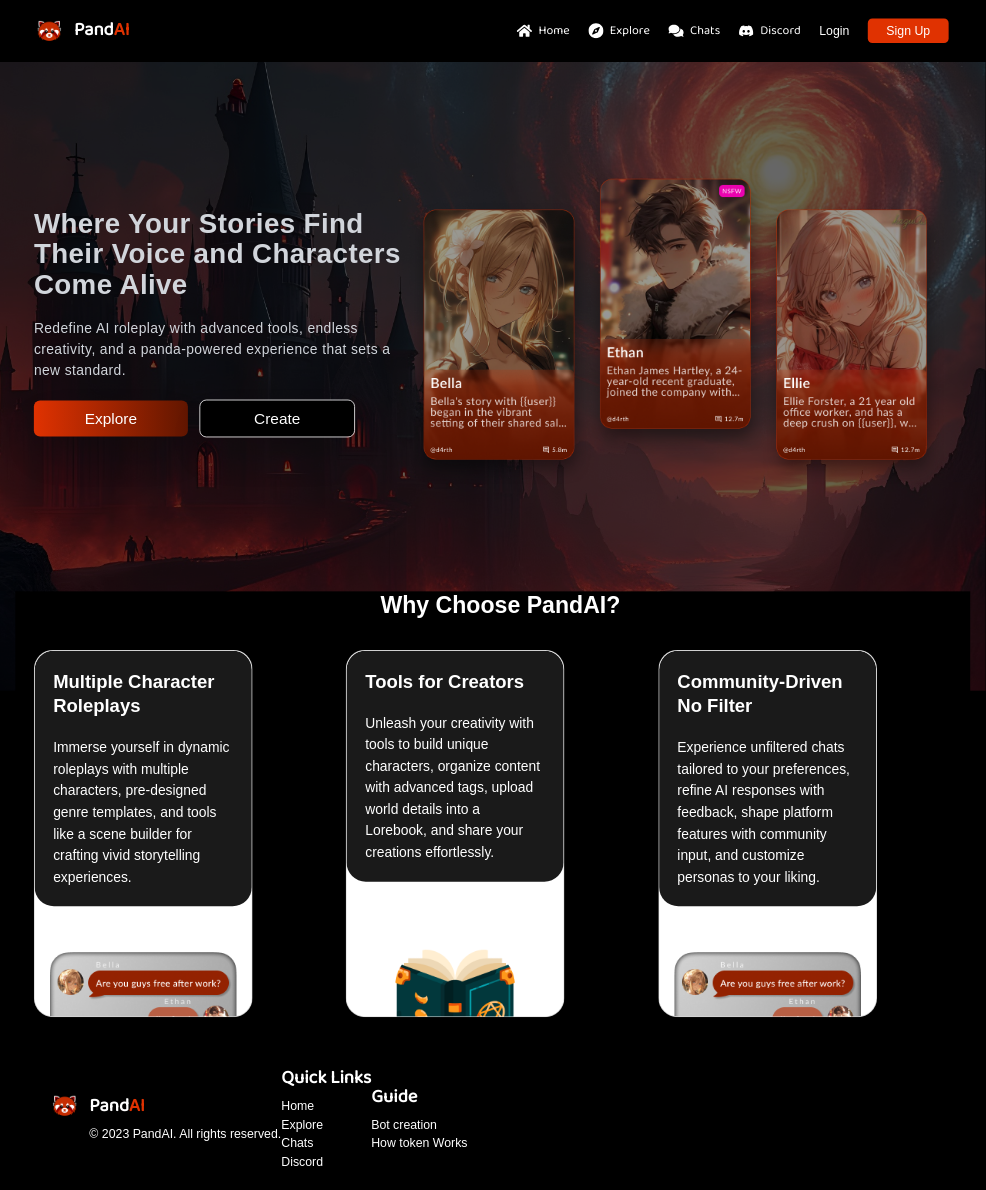
Repository: PandamoniumAI/Pandamonium
Page: /preview
An editor plug-in stored every save of this project. The page is shown before and after a run of saves, followed by the edit.
The browser window is 1280 px wide. The pictures show the whole page, at 77% of full size.
Some web libraries are served in a nearby version. The project was rebuilt for these pictures with package versions that can differ from the ones it lists, and the page was loaded fresh each time. Also part of the build but not shown: vite.config.js, src/Utils/Utils.js, src/Components/SearchBar/SearchBar.jsx, src/Components/CSS/CharacterCard.css, src/Components/CharacterCard/CharacterCard.jsx, src/Components/CSS/CharacterCardModal.css, src/Components/CharacterCardModal/CharacterCardModal.jsx, src/Components/CSS/Tags.css and 15 more.

Above is the page before, as saved 2025-01-01 21:27:15.

### index.html
<!doctype html>
<html lang="en">
  <head>
    <meta charset="UTF-8" />
    <link rel="icon" type="image/svg+xml" href="/src/assets/animal.png"/>
    <meta name="viewport" content="width=device-width, initial-scale=1.0" />
    <title>Pandamonium</title>
    <link
      href="https://cdn.jsdelivr.net/npm/bootstrap@5.3.0-alpha1/dist/css/bootstrap.min.css"
      rel="stylesheet"
    />
    <link
      href="https://cdn.jsdelivr.net/npm/bootstrap-icons/font/bootstrap-icons.css"
      rel="stylesheet"
    />
    <link
      href="https://cdnjs.cloudflare.com/ajax/libs/animate.css/4.1.1/animate.min.css"
      rel="stylesheet"
    />
  </head>

  <body>
    <div id="root"></div>
    <script src="https://kit.fontawesome.com/68b5244ee4.js" crossorigin="anonymous"></script>
    <script src="https://cdn.jsdelivr.net/npm/react/umd/react.production.min.js"></script>
    <script src="https://cdn.jsdelivr.net/npm/react-dom/umd/react-dom.production.min.js"></script>
    <script type="module" src="/src/main.jsx"></script>
    <script src="https://cdn.jsdelivr.net/npm/bootstrap@5.3.0-alpha1/dist/js/bootstrap.bundle.min.js"></script>
  </body>
</html>

### src/App.jsx
import HomePage from "./Components/HomePage/HomePage.jsx";
import Chat from "./Components/Chat/Chat.jsx";
import Create from "./Components/Create/Create.jsx";
import Error from "./Components/Error/Error.jsx";
import { BrowserRouter as Router, Routes, Route } from "react-router-dom";
import Preview from "../src/Preview/Preview.jsx";
function App() {
  return (
    <Router>
      <Routes>
        <Route path="/" element={<HomePage />} />
        <Route path="/chat/:characterId" element={<Chat />} />
        <Route path="/create" element={<Create />} />
        <Route path="*" element={<Error />} />
        <Route path="/preview" element={<Preview />} />
      </Routes>
    </Router>
  );
}

export default App;

### src/Preview/Preview.jsx
import React from "react";
import Animal from "../assets/animal.png";
import "./Preview.css";
import "tailwindcss/tailwind.css";
import {FaHome, FaCompass, FaComments, FaDiscord} from "react-icons/fa";
import image from "../assets/image.png";
import Chatcard from "../assets/Chat Card.png";
import Book from "../assets/Magical Book World Illustration 1.png";
import Roleplay from "../assets/Chat Card (1).png";

export default function Preview() {
  const handleCardHover = (event, element) => {
    const rect = element.getBoundingClientRect();
    const x = (event.clientX - rect.left) / rect.width - 0.5; // Normalize between -0.5 to 0.5
    const y = (event.clientY - rect.top) / rect.height - 0.5;

    element.style.transform = `rotateX(${y * 10}deg) rotateY(${x * 10}deg) scale(1.05)`;
  };

  return (
    <div className="main">
      <div className="fixed top-0 left-0 w-full bg-black bg-opacity-40 p-4 z-50">
        <div className="flex justify-between items-center w-full max-w-screen-xl mx-auto px-4">
          <div
            className="flex items-center space-x-4 cursor-pointer"
            onClick={() => window.scrollTo({top: 0, behavior: "smooth"})}
          >
            <img className="w-8 h-8" src={Animal} alt="Logo" />
            <h1 className="text-2xl font-bold font-baloo text-white">
              Pand<span className="text-[#E03201]">AI</span>
            </h1>
          </div>

          <div className="flex items-center space-x-6">
            <button className="flex items-center text-white font-baloo hover:text-[#E03201] transition">
              <FaHome className="mr-2 text-xl" />
              Home
            </button>
            <button className="flex items-center text-white font-baloo hover:text-[#E03201] transition">
              <FaCompass className="mr-2 text-xl" />
              Explore
            </button>
            <button className="flex items-center text-white font-baloo hover:text-[#E03201] transition">
              <FaComments className="mr-2 text-xl" />
              Chats
            </button>
            <button className="flex items-center text-white font-baloo hover:text-[#E03201] transition">
              <FaDiscord className="mr-2 text-xl" />
              Discord
            </button>
            <button className="text-white hover:text-[#E03201] transition">
              Login
            </button>
            <button className="bg-[#E03201] text-white px-4 py-1 rounded-md hover:bg-[#b02501] transition">
              Sign Up
            </button>
          </div>
        </div>
      </div>

      <div className="preview-container relative p-6">
        <div className="Preview-text mt-[50px] absolute top-[200px]">
          <p className="text-4xl text-gray-300 font-bold mb-6 tracking-[0.5px] w-[500px]">
            Where Your Stories Find Their Voice and Characters Come Alive
          </p>
          <p className="text-[18px] text-gray-300 leading-[27px] tracking-[0.5px] w-[500px] mb-8">
            Redefine AI roleplay with advanced tools, endless creativity, and a
            panda-powered experience that sets a new standard.
          </p>
        </div>

        <div className="Buttons absolute top-[500px] flex space-x-4 mb-8">
          <button className="text-white text-xl h-[47px] w-[200px] rounded-lg shadow-2xl bg-gradient-to-r from-[#E03201] to-[#611600] transform hover:scale-105 transition-all duration-300 ease-in-out hover:shadow-orange-500/50 hover:shadow-lg">
            <span className="relative z-10">Explore</span>
          </button>
          <button
            className="create bg-black text-white text-xl h-[47px] w-[200px] rounded-lg shadow-2xl outline outline-1 hover:outline-none transition-all duration-300 ease-in-out transform hover:scale-105 hover:shadow-[#B22801]/50 hover:shadow-lg relative overflow-hidden group"
            style={{
              outlineImage:
                "linear-gradient(to right, #FFCBBB, #D07A5A, #A8382D, #611600)",
              outlineImageSlice: 1,
            }}
          >
            <span className="relative z-10">Create</span>
            <span className="absolute inset-0 bg-yellow-500 transform scale-x-0 group-hover:scale-x-100 transition-transform duration-300 origin-left"></span>
          </button>
        </div>

        <div className="absolute right-[30px] top-[200px]">
          <img src={image} alt="" />
        </div>
      </div>

      <div className="info px-6 relative bg-black" style={{ top: "700px" }}>
        <div className="infotext mb-8 text-white">
          <h1 className="text-3xl font-bold text-white ml-[450px]">
            Why Choose PandAI?
          </h1>

          <div className="cards grid grid-cols-1 md:grid-cols-3 gap-6 mt-10">
            {[
              "Multiple Character Roleplays",
              "Tools for Creators",
              "Community-Driven No Filter",
            ].map((title, index) => (
              <div
                key={index}
                className="card relative flex flex-col justify-between w-[284px] h-[477px] rounded-[25px] overflow-hidden"
                onMouseMove={(e) => handleCardHover(e, e.currentTarget)}
              >
                <div
                  className="absolute inset-0 -z-10 rounded-[25px]"
                  style={{
                    background:
                      "linear-gradient(135deg, #BF18C2, #6B1C8F, #1D0375)",
                    position: "absolute",
                    top: 0,
                    left: 0,
                    right: 0,
                    bottom: 0,
                    borderRadius: "25px",
                    padding: "2px",
                  }}
                />
                <div className="content p-6 bg-[#1A1A1A] flex flex-col justify-between h-full rounded-[25px]">
                  <h2 className="text-2xl font-semibold mb-4 text-white">
                    {title}
                  </h2>
                  <p className="text-lg text-white">
                    {index === 0
                      ? "Immerse yourself in dynamic roleplays with multiple characters, pre-designed genre templates, and tools like a scene builder for crafting vivid storytelling experiences."
                      : index === 1
                        ? "Unleash your creativity with tools to build unique characters, organize content with advanced tags, upload world details into a Lorebook, and share your creations effortlessly."
                        : "Experience unfiltered chats tailored to your preferences, refine AI responses with feedback, shape platform features with community input, and customize personas to your liking."}
                  </p>
                </div>
                <div className="image-container mt-4">
                  {index === 0 ? (
                    <img
                      src={Chatcard}
                      alt="Roleplay"
                      className="w-full rounded-[25px]"
                    />
                  ) : index === 1 ? (
                    <img
                      src={Book}
                      alt="Creator Tools"
                      className="w-full rounded-[25px]"
                    />
                  ) : (
                    <img
                      src={Roleplay}
                      alt="Community"
                      className="w-full rounded-[25px]"
                    />
                  )}
                </div>
              </div>
            ))}
          </div>

          <div className="Footer bg-black py-6 flex items-center pl-6 mt-10">
            <img className="w-8 h-8 mr-4 mb-[35px]"  src={Animal} alt="Logo" />
            <div className="flex flex-col">
              <h1 className="text-2xl font-bold font-baloo text-white">
                Pand<span className="text-[#E03201]">AI</span>
              </h1>
              <p className="text-white mt-2">
                © 2023 PandAI. All rights reserved.
              </p>

            </div>
            <div className="Quicklinks">
              <h1 className="text-2xl font-bold font-baloo text-white">
                Quick Links
              </h1>
              <ul className="list-none pl-0 mt-2">
                <li className="text-white hover:text-[#E03201] transition">
                  <a href="#">Home</a>
                </li>
                <li className="text-white hover:text-[#E03201] transition">
                  <a href="#">Explore</a>
                </li>
                <li className="text-white hover:text-[#E03201] transition">
                  <a href="#">Chats</a>
                </li>
                <li className="text-white hover:text-[#E03201] transition">
                  <a href="#">Discord</a>
                </li>
              </ul>
            </div>

            <div className="guide">
              <h1 className="text-2xl font-bold font-baloo text-white">
                Guide
              </h1>
              <ul className="list-none pl-0 mt-2">
                <li className="text-white hover:text-[#E03201] transition">
                  <a href="#">Bot creation</a>
                </li>
                <li className="text-white hover:text-[#E03201] transition">
                  <a href="#">How token Works</a>
                </li>
              </ul>
            </div>
          </div>
        </div>
      </div>
    </div>
  );
}

### src/Components/Chat/ExtraCss.css
/* ExtraCss.css */

/* General Styles */
body {
    margin: 0;
    padding: 0;
    font-family: Arial, sans-serif;
    background-color: #121212;
    color: #ffffff;
  }

  /* Chat Container */
  .d-flex {
    display: flex;
  }

  .flex-column {
    flex-direction: column;
  }

  .h-100 {
    height: 100%;
  }

  .bg-dark {
    background-color: #181818;
  }

  .text-white {
    color: #ffffff;
  }

  .border-secondary {
    border-color: #444;
  }

  .border-top {
    border-top: 1px solid;
  }

  .border-bottom {
    border-bottom: 1px solid;
  }

  .overflow-hidden {
    overflow: hidden;
  }

  .overflow-auto {
    overflow: auto;
  }

  /* Chat Header */
  .p-3 {
    padding: 1rem;
  }

  .align-items-center {
    align-items: center;
  }

  .space-x-4 > * + * {
    margin-left: 1rem;
  }

  /* Avatar */
  img.rounded-circle {
    border-radius: 50%;
    cursor: pointer;
  }

  /* Message Bubbles */
  .bg-secondary {
    background-color: #2a2a2a;
  }

  .p-3 {
    padding: 1rem;
  }

  .rounded-lg {
    border-radius: 1rem;
  }

  .shadow-lg {
    box-shadow: 0px 4px 10px rgba(0, 0, 0, 0.2);
  }

  .text-muted {
    color: #aaaaaa;
  }

  /* Input Field */
  input {
    outline: none;
  }

  input::placeholder {
    color: #aaaaaa;
  }

  .border-0 {
    border: none;
  }

  .flex-grow-1 {
    flex-grow: 1;
  }

  .shadow-lg {
    box-shadow: 0px 4px 10px rgba(0, 0, 0, 0.2);
  }

  /* Buttons */
  button {
    cursor: pointer;
  }

  button:disabled {
    opacity: 0.6;
    cursor: not-allowed;
  }

  .btn {
    display: inline-flex;
    justify-content: center;
    align-items: center;
    padding: 0.5rem;
    border: none;
    border-radius: 0.5rem;
    transition: background-color 0.3s ease, transform 0.2s ease;
  }

  .btn:hover:not(:disabled) {
    background-color: #555;
    transform: translateY(-2px);
  }

  .btn-light {
    background-color: #444;
    color: #fff;
  }

  .btn-primary {
    background-color: #007bff;
    color: #fff;
  }

  .btn-primary:hover:not(:disabled) {
    background-color: #0056b3;
  }

  /* Typing Animation */
  .animate-pulse {
    animation: pulse 1.5s infinite;
  }

  @keyframes pulse {
    0%, 100% {
      opacity: 1;
    }
    50% {
      opacity: 0.5;
    }
  }

  /* Smooth Fade-In */
  @keyframes fadeIn {
    from {
      opacity: 0;
      transform: translateY(10px);
    }
    to {
      opacity: 1;
      transform: translateY(0);
    }
  }

  /* Scrollbar Styles */
  .overflow-auto::-webkit-scrollbar {
    width: 6px;
  }

  .overflow-auto::-webkit-scrollbar-thumb {
    background-color: #444;
    border-radius: 10px;
  }

  .overflow-auto::-webkit-scrollbar-track {
    background-color: transparent;
  }

  .ReactModal__Overlay {
    opacity: 0;
    transition: opacity 0.3s ease-in-out;
  }
  .ReactModal__Overlay--after-open {
    opacity: 1;
  }
  .ReactModal__Overlay--before-close {
    opacity: 0;
  }

### src/Components/CSS/Create.css
body {
    background-color: #121212;
    color: #fff;
    min-height: 100vh;
    padding: 20px;
    font-family: 'Arial', sans-serif;
}
.creation-form {
    max-width: 800px;
    margin: 0 auto;
    background-color: rgba(0, 0, 0, 0.8);
    padding: 30px;
    border-radius: 15px;
    border: 1px solid #444;
    transition: all 0.3s ease;
}
.creation-form:hover {
    transform: scale(1.03);
    box-shadow: 0 10px 30px rgba(0, 0, 0, 0.5);
}
.form-control {
    background-color: #333;
    border: 1px solid #555;
    color: #fff;
    margin-bottom: 20px;
    transition: all 0.3s ease;
}
.form-control:focus {
    background-color: #444;
    border-color: #007bff;
    color: #fff;
}
.form-label {
    font-weight: bold;
}
.btn {
    background-color: #007bff;
    color: #fff;
    transition: all 0.3s ease;
}
.btn:hover {
    background-color: #0056b3;
}
.select2-container {
    width: 100%;
}
.custom-tag-field {
    margin-top: 20px;
}
.custom-tag-field input {
    width: calc(100% - 60px);
    display: inline-block;
    margin-right: 10px;
}
.custom-tag-field button {
    display: inline-block;
    background-color: #28a745;
    color: white;
    padding: 6px 12px;
    border: none;
    cursor: pointer;
}
.custom-tag-field button:hover {
    background-color: #218838;
}

@keyframes float {
    0% { transform: translateY(0px); }
    50% { transform: translateY(-10px); }
    100% { transform: translateY(0px); }
}

.tags-modal {
    display: none;
    position: fixed;
    top: 0;
    left: 0;
    width: 100%;
    height: 100%;
    background: rgba(0,0,0,0.7);
    z-index: 1000;
    animation: fadeIn 0.3s;
}

.tags-modal-content {
    position: absolute;
    top: 50%;
    left: 50%;
    transform: translate(-50%, -50%);
    background: #121212;
    color: white;
    padding: 2rem;
    border-radius: 15px;
    width: 90%;
    max-width: 500px;
    animation: slideIn 0.3s;
    box-shadow: 0 5px 15px rgba(0,0,0,0.3);
}

.tags-modal-header {
    display: flex;
    justify-content: space-between;
    align-items: center;
    margin-bottom: 1.5rem;
    border-bottom: 1px solid #333;
    padding-bottom: 1rem;
}

.btn-close {
    background-color: white;
}

.tag-pills {
    display: flex;
    flex-wrap: wrap;
    gap: 0.5rem;
}

.tag-pill {
    padding: 0.5rem 1rem;
    background: #2d2d2d;
    color: white;
    border-radius: 20px;
    cursor: pointer;
    transition: all 0.2s;
    border: 1px solid #444;
}

.tag-pill:hover {
    background: #3d3d3d;
    transform: translateY(-1px);
}

.tag-pill.selected {
    background: #007bff;
    color: white;
    border-color: #0056b3;
}

.selected-tags {
    background: #1a1a1a;
    padding: 1rem;
    border-radius: 10px;
}

.form-control {
    background: #2d2d2d;
    border: 1px solid #444;
    color: white;
}

.form-control:focus {
    background: #2d2d2d;
    color: white;
    border-color: #007bff;
    box-shadow: 0 0 0 0.2rem rgba(0,123,255,0.25);
}

.form-control::placeholder {
    color: #888;
}

@keyframes fadeIn {
    from { opacity: 0; }
    to { opacity: 1; }
}

@keyframes slideIn {
    from { transform: translate(-50%, -60%); opacity: 0; }
    to { transform: translate(-50%, -50%); opacity: 1; }
}

### src/Preview/Preview.css
@tailwind base;
@tailwind components;
@tailwind utilities;

@font-face {
    font-family: 'BalooDa2';
    src: url('../assets/Fonts/BalooDa2-Regular.ttf') format('truetype');
    font-weight: 400;
    font-style: normal;
}

body {
    position: relative;
    background-color: #000;
    min-height: 100vh;
    margin: 0;
    display: flex;
    flex-direction: column;
}

body::before {
    content: '';
    position: absolute;
    top: 0;
    left: 0;
    right: 0;
    bottom: 0;
    background-image: url('../../src/assets/Castle.jpg');
    background-size: cover;
    background-position: center;
    opacity: 0.4;
    z-index: -1;
}

### src/Components/Chat/Sidebar/styles.css
.floating-btn {
  position: absolute;
  top: 50%;
  left: 20px;
  cursor: pointer;
  z-index: 999;
  width: 64px;
  height: 64px;
  background-color: transparent;
  border: none;
  border-radius: 50%;
  transition: left 0.6s ease, transform 0.3s ease;
  box-shadow: none; /* Removed shadow */
}

.floating-btn.open {
  left: calc(240px + 20px);
}

.floating-btn.closed {
  left: 20px;
}

.sidebar {
  position: fixed;
  top: 0;
  left: 0;
  height: 100vh;
  background-color: #333;
  transition: width 0.5s ease-in-out;
  overflow: hidden;
  border-radius: 0 20px 20px 0;
}

.sidebar.open {
  width: 240px;
}

.sidebar.closed {
  width: 0;
}

.panda-image {
  transition: transform 0.5s ease, transform-origin 0.5s ease;
}

.panda-image:hover {
  transform: rotate(360deg); /* Full 360° rotation on hover */
  transform-origin: center;
}

.floating-btn:hover img {
  transform: rotate(360deg); /* Rotate the image smoothly when hovering over it */
  transition: transform 0.6s ease-in-out;
}

/* Reverse rotation when mouse leaves */
.floating-btn img {
  transition: transform 0.6s ease-out;
}

.floating-btn img:hover {
  animation: pandaRotate 0.6s forwards;
}

@keyframes pandaRotate {
  0% {
      transform: rotate(0deg);
  }
  100% {
      transform: rotate(360deg);
  }
}

.floating-btn img:not(:hover) {
  animation: reversePandaRotate 0.6s forwards;
}

@keyframes reversePandaRotate {
  0% {
      transform: rotate(360deg);
  }
  100% {
      transform: rotate(0deg);
  }
}

#pandaBtn {
  transition: transform 0.6s ease-in-out;
}

@media (max-width: 768px) {
  .sidebar {
      display: none;
  }

  .floating-btn {
      left: 20px;
  }
}

Loaded but not shown: src/main.jsx (common file); tailwind.config.js (14 lines, source omitted); src/Components/CSS/HomePage.css (319 lines, source omitted)

After the next 2 saves:
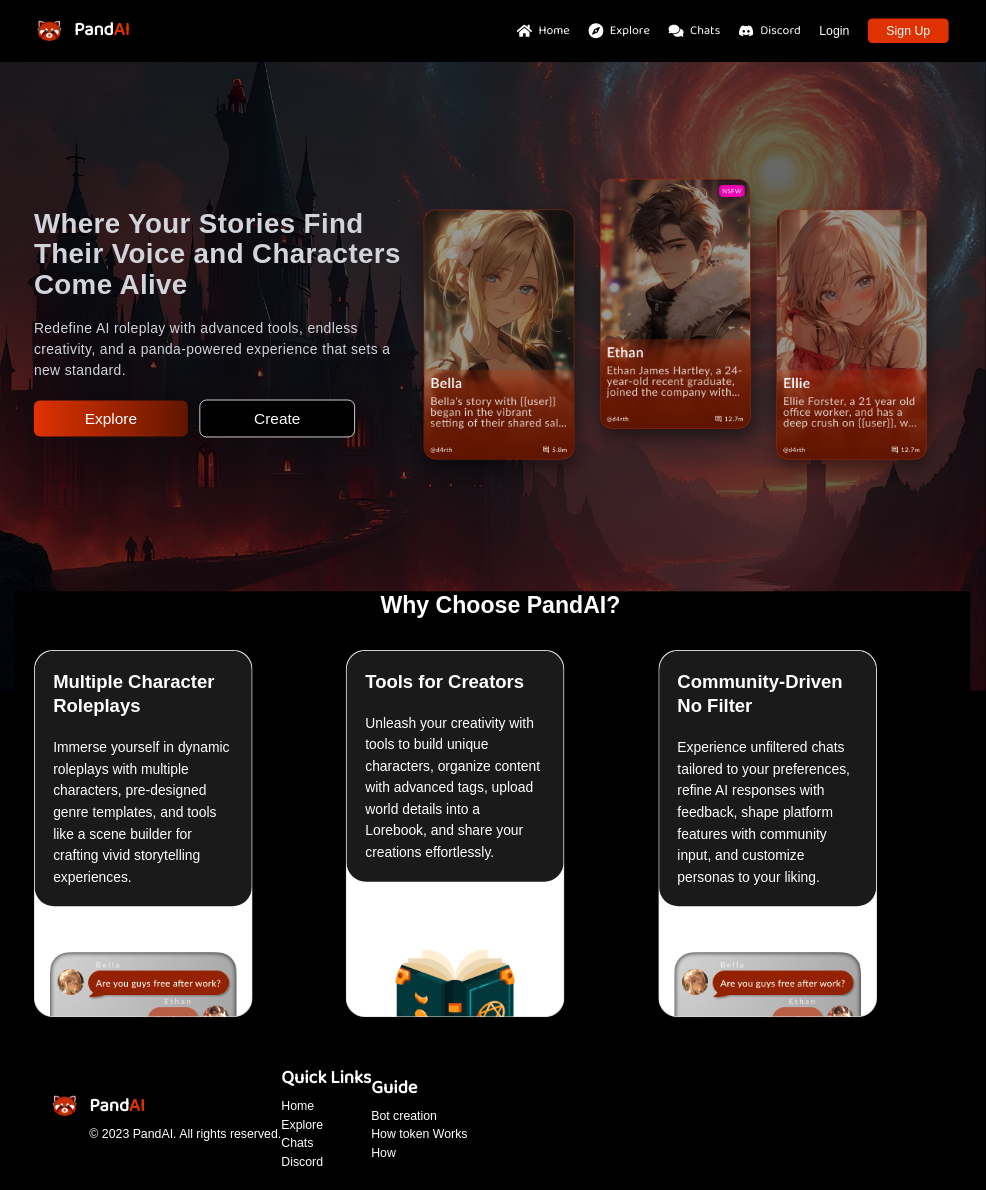
The 2 saves are shown as one change because they came seconds apart.
The last was saved 10 s later.
--- a/src/Preview/Preview.jsx
+++ b/src/Preview/Preview.jsx
@@ -201,6 +201,9 @@
                 <li className="text-white hover:text-[#E03201] transition">
                   <a href="#">How token Works</a>
                 </li>
+                <li className="text-white hover:text-[#E03201] transition">
+                  <a href="#">How </a>
+                </li>
               </ul>
             </div>
           </div>
